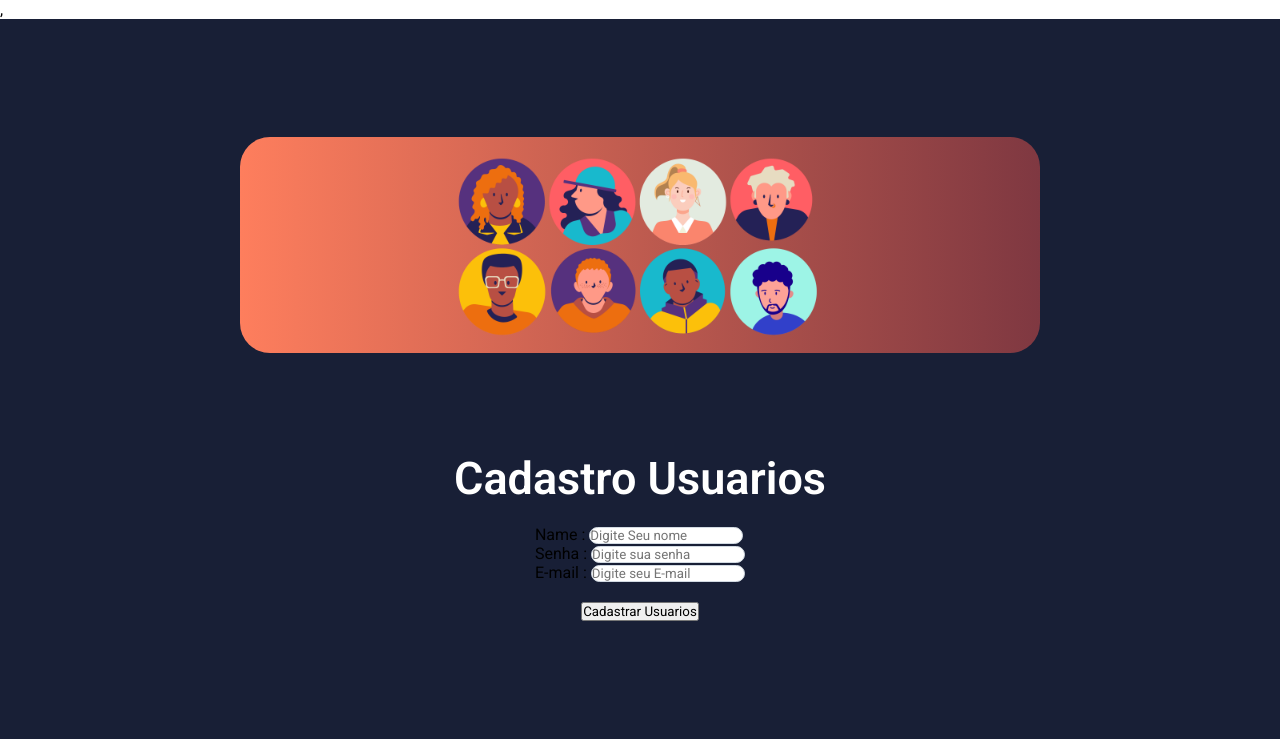
Repository: lcluizrj/meu-projeto-vscode
Page: / (app in cadastro-usuarios-devclub/)
An editor plug-in stored every save of this project. The page is shown before and after the next save, followed by the edit.
The browser window is 1280 px wide. The pictures show the whole page.
The project was rebuilt for these pictures with package versions that can differ from the ones it lists, and the page was loaded fresh each time. Also part of the build but not shown: cadastro-usuarios-devclub/vite.config.js.

Above is the page before, as saved 2026-08-15 17:19:21.

After the next save:
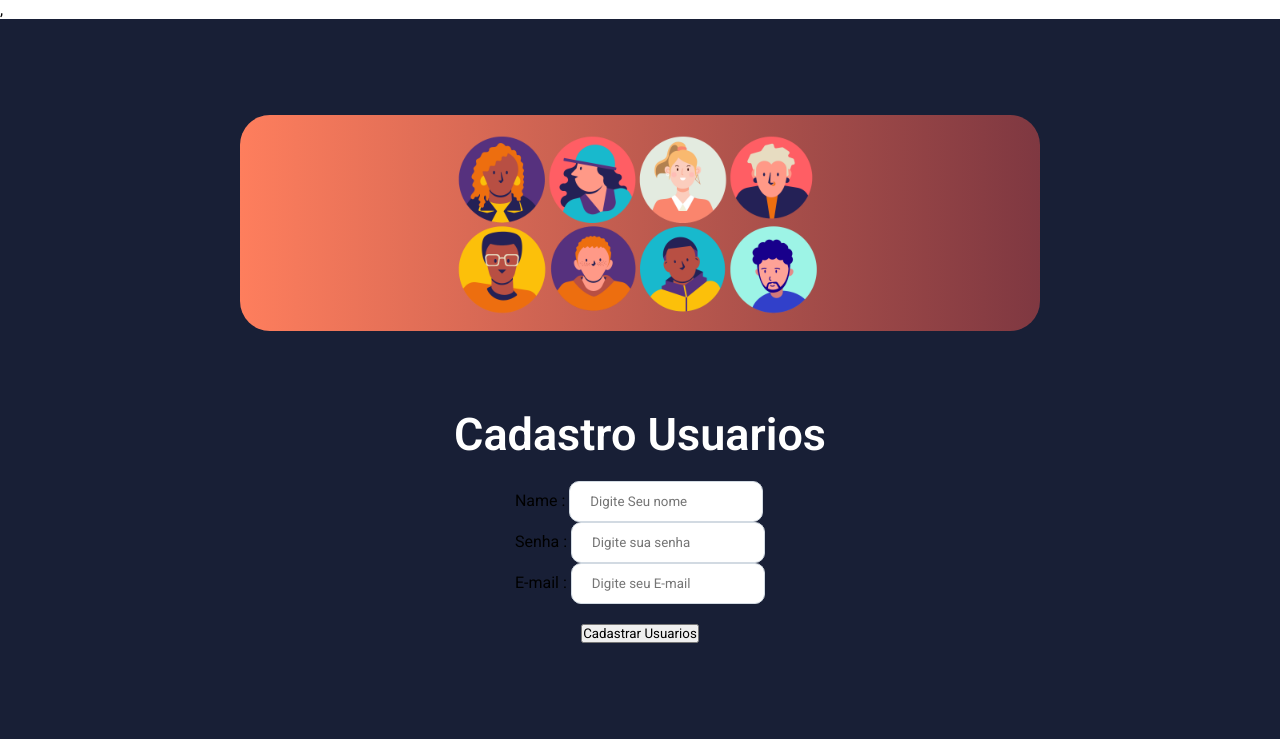
Saved 4 s later.
--- a/cadastro-usuarios-devclub/src/styles.js
+++ b/cadastro-usuarios-devclub/src/styles.js
@@ -50,7 +50,7 @@ export const Input = styled.input`
       border-radius: 10px;
       border: 1px solid #d2dae2;
       background-color: #fff;
-      padding: ;
+      padding: 12px 20px;
 
 
 
